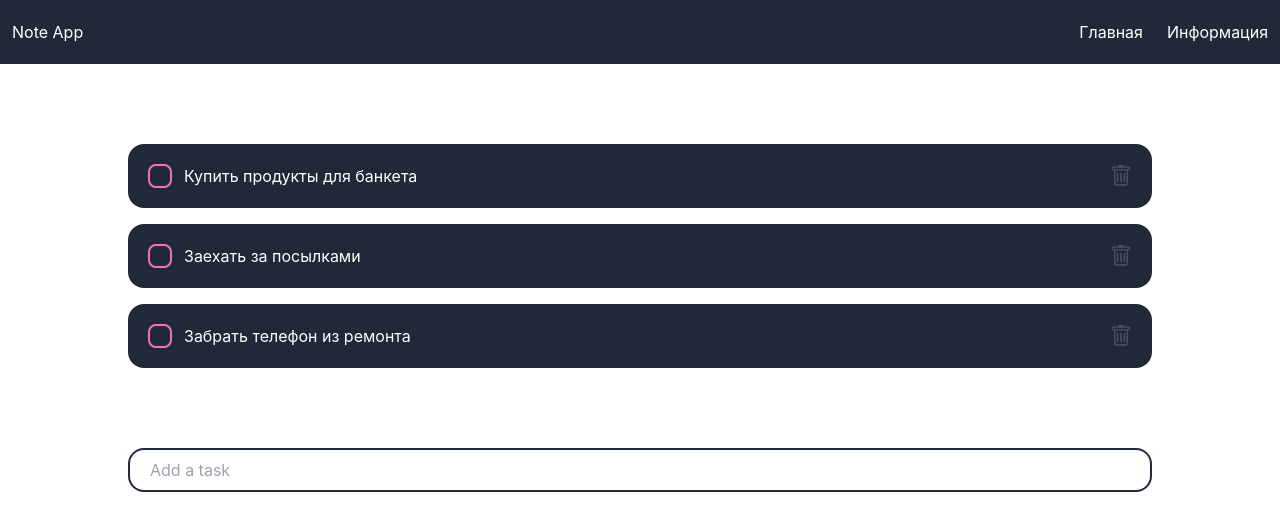
Repository: VachArt/react-exam-work
Page: /
The author's editor kept a copy of each file at every save. The page is drawn from the files as they stood at one save, then again after the next save.
The browser window is 1280 px wide. The pictures show the whole page.
The project was rebuilt for these pictures with package versions that can differ from the ones it lists, and the page was loaded fresh each time. Also part of the build but not shown: src/components/pages/About/About.jsx.

Above is the page before, as saved 2022-04-27 23:34:50.

After the next save:
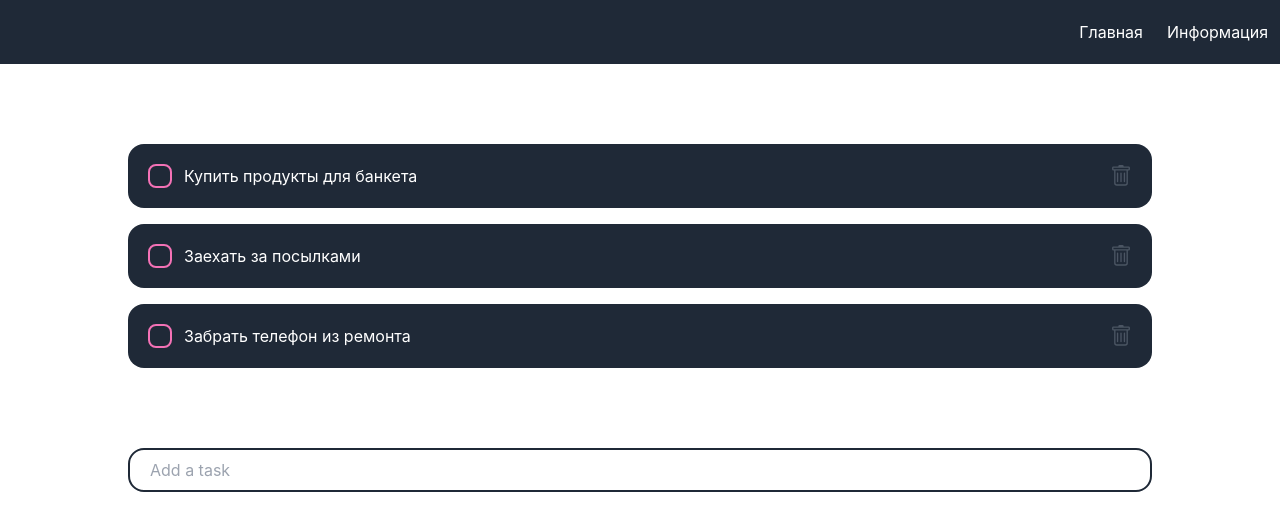
Saved 10 s later.
--- a/src/components/pages/Home/Navbar.jsx
+++ b/src/components/pages/Home/Navbar.jsx
@@ -4,7 +4,7 @@ import {NavLink} from 'react-router-dom'
 export const Navbar = () => (
     <nav className='bg-gray-800 flex items-center justify-between h-16 text-white'>
         <div className='navbar-brand p-3 hover:text-pink-400'>
-            Note App
+
         </div>
         <ul className="flex items-center justify-between">
             <li className="px-3 hover:text-pink-400">
